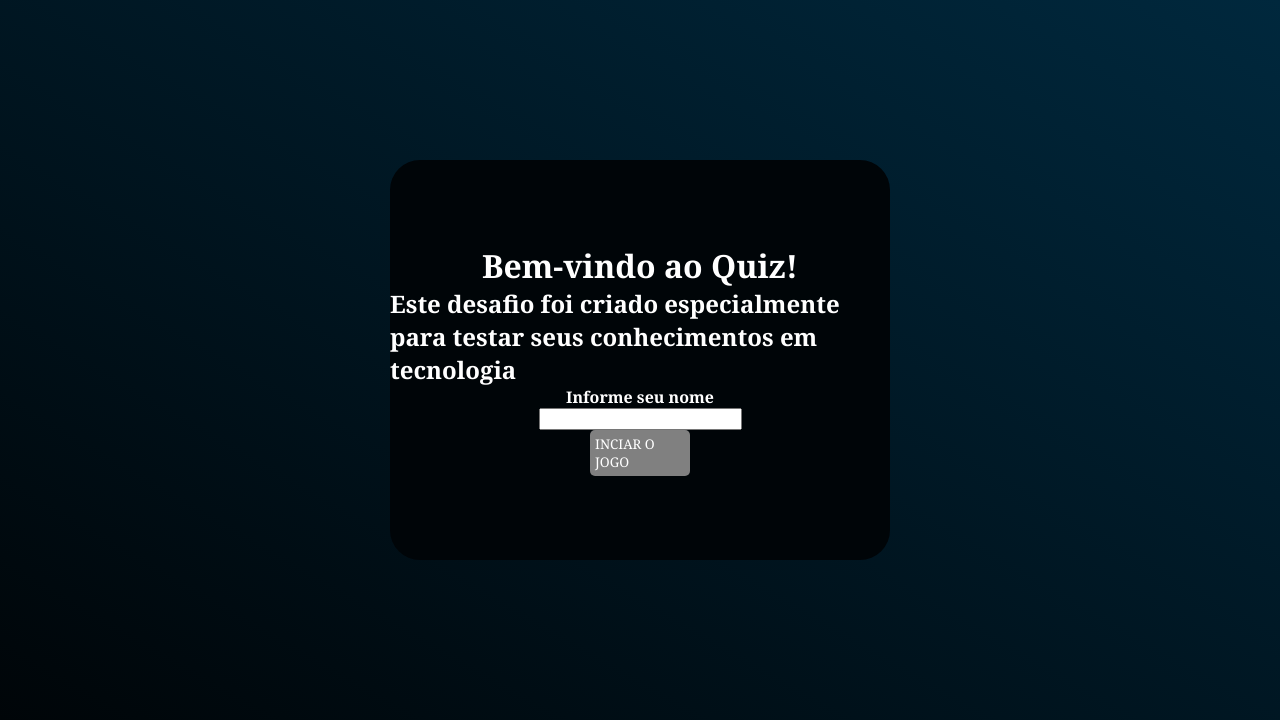
Repository: LaisSilvaO/Projeto-Quizz
Page: telas/apresentação.html
An editor plug-in stored every save of this project. The page is shown before and after the next save, followed by the edit.
The browser window is 1280 px wide. The pictures show the whole page.

Above is the page before, as saved 2024-12-25 19:01:37.

### telas/apresentação.html
<!DOCTYPE html>
<html lang="pt-br">

<head>
    <meta charset="UTF-8">
    <meta name="viewport" content="width=device-width, initial-scale=1.0">
    <title>Quiz</title>
    <link rel="stylesheet" href="../img/tela.css">
</head>

<body>
    <div class="box1">
        <div class="box2">
            <H1> Bem-vindo ao Quiz!</H1>

            <h2>Este desafio foi criado especialmente para testar seus conhecimentos em tecnologia


            </h2>
            <h4>Informe seu nome </h4>
            <input type="text" id="nome">
            <A href="index.html">
                <h4><button>INCIAR O JOGO</button></h4>
            </A>
        </div>
    </div>

</body>

</html>

### img/tela.css
* {
  margin: 0;
  padding: 0;
  box-sizing: border-box;
  font-family: Cambria, Cochin, Georgia, Times, 'Times New Roman', serif;
}

body {
  height: 100vh;
  display: flex;
  justify-content: center;
  flex-direction: column;
  flex-wrap: wrap;
  align-items: center;
  gap: 5px;
  background: linear-gradient(210deg, #00283d, #000508)
}

main {
  background-color: white;
  padding: 10px;
  border-radius: 10px;
  width: 100%;
  max-width: 600px;
  min-height: 400px;
  display: flex;
  align-items: center;
  justify-content: center;
}

.content {
  display: flex;
  flex-direction: column;
  width: 100px;
  gap: 10px;
}

.qtddquestao {
  text-align: end;
}

.resposta {
  display: flex;
  flex-direction: column;
  gap: 5px;
}

button {
  width: 100px;
  text-align: start;
  padding: 5px;
  border: none;
  border-radius: 5px;
  cursor: pointer;
  background-color: grey;
  color: white;
}

.final {
  display: none;
  flex-direction: column;
  gap: 10px;
}

.box1 {
  display: flex;
  width: 100%;
  height: 100hv;
  justify-content: center;
  align-items: center;
}

.box2 {
  color: white;
  position: relative;
  width: 500px;
  height: 400px;
  background-color: #000508;
  border-radius: 30px;
  display: flex;

  justify-content: center;
  align-items: center;
  flex-direction: column
}

.box2 ::before{
  content: "";
  position: absolute;
  width: 200px;

  background: linear-gradient(180deg, #07e2f1, #eb9b05);
}

After the next save:
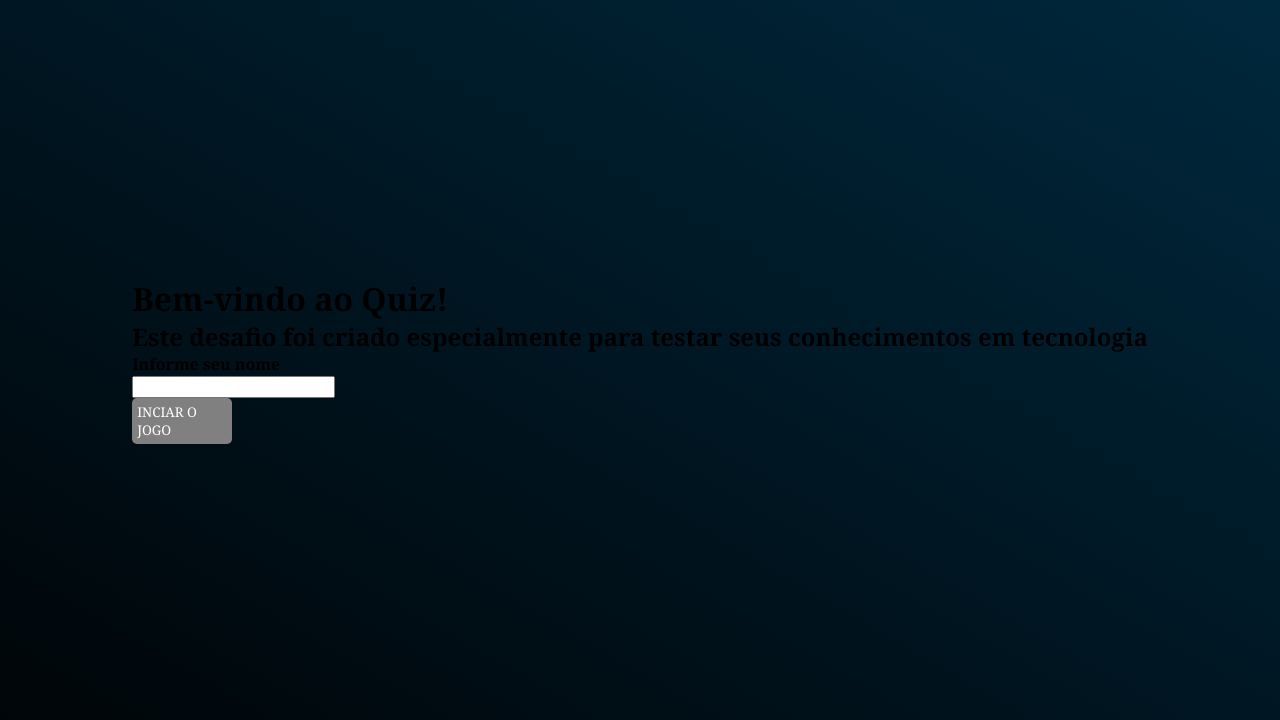
Saved 12 s later.
--- a/img/tela.css
+++ b/img/tela.css
@@ -69,25 +69,3 @@ button {
   justify-content: center;
   align-items: center;
 }
-
-.box2 {
-  color: white;
-  position: relative;
-  width: 500px;
-  height: 400px;
-  background-color: #000508;
-  border-radius: 30px;
-  display: flex;
-
-  justify-content: center;
-  align-items: center;
-  flex-direction: column
-}
-
-.box2 ::before{
-  content: "";
-  position: absolute;
-  width: 200px;
-
-  background: linear-gradient(180deg, #07e2f1, #eb9b05);
-}
